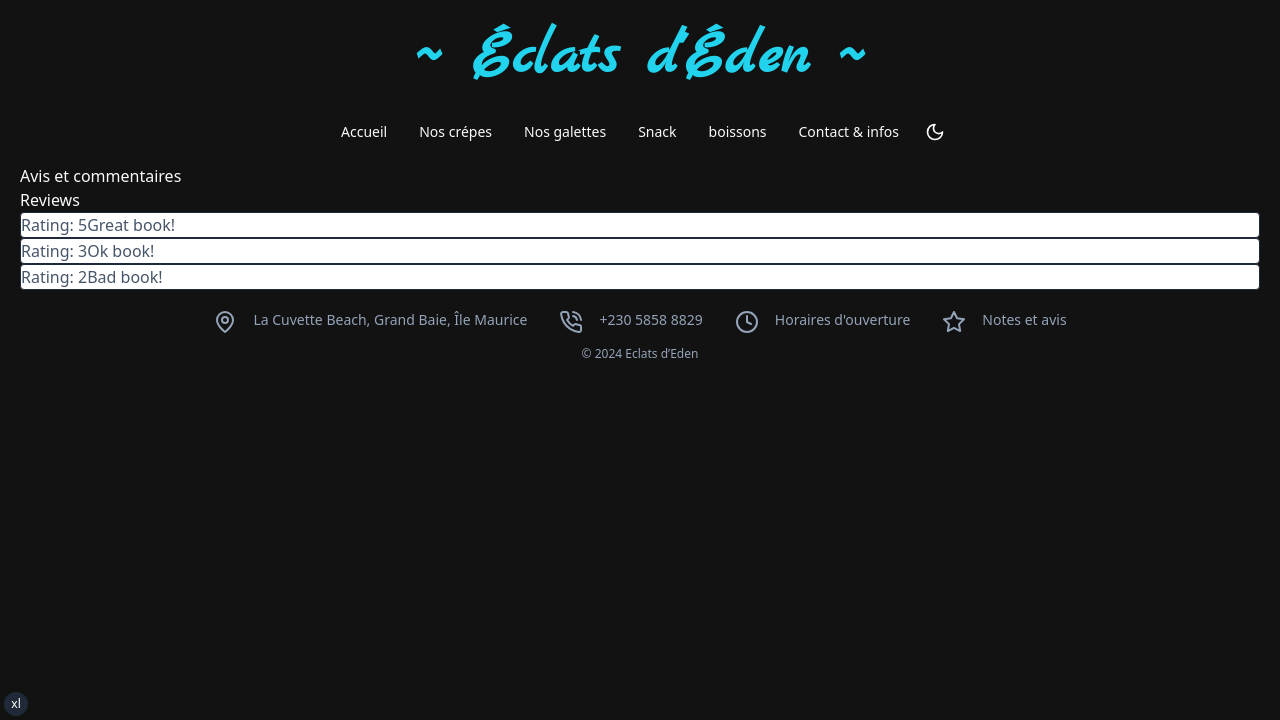
Repository: jeffMauritius/eclats-deden
Page: /reviews
These files come from the project's save history. The page is drawn as it stood at one moment and after the next save; the edit follows.
The browser window is 1280 px wide. The pictures show the whole page.
The project was rebuilt for these pictures with package versions that can differ from the ones it lists, and the page was loaded fresh each time. The framework's server and built-in components were replaced by stand-ins that run in the browser. Also part of the build but not shown: next.config.mjs.

Above is the page before, as saved 2024-08-13 12:33:46.

### app/layout.tsx
// app/layout.
import { Header } from "@/components/layout/Header"
import { TailwindIndicator } from "@/components/TailwindIndicator"
import { SiteConfig } from "@/lib/config"
import { cn } from "@/lib/utils"
import type { Metadata } from "next"
import { Inter, Marck_Script } from "next/font/google"
import { PropsWithChildren } from "react"
import { Providers } from "./Providers"
import "./globals.css"
import { Title } from "@/components/layout/Title"
import { Footer } from "@/components/layout/Footer"

const fontSans = Inter({ subsets: ["latin"], variable: "--font-sans" })
const fontDisplay = Marck_Script({
  subsets: ["latin"],
  variable: "--font-display",
  weight: "400",
})

export const metadata: Metadata = {
  title: SiteConfig.title,
  description: SiteConfig.description,
}

export default function RootLayout({ children }: PropsWithChildren) {
  return (
    <html lang="en" className="h-full" suppressHydrationWarning>
      <head />
      <body
        className={cn(
          `flex flex-col h-screen bg-background font-sans antialiased p-5`,
          fontSans.variable,
          fontDisplay.variable,
        )}
      >
        <Providers>
          <div className="relative flex flex-col">
            <Title title="Éclats d'Éden" />
            <div>
              <Header />
            </div>
            {children}
            <div className="mt-5 md:col-span-3">
              <Footer />
            </div>
          </div>
          <TailwindIndicator />
        </Providers>
      </body>
    </html>
  )
}

### app/reviews/page.tsx
import ReviewsList from "@/components/ReviewsList"

const ReviewsPage = () => {
  return (
    <div>
      <h1>Avis et commentaires</h1>
      <ReviewsList />
    </div>
  )
}

export default ReviewsPage

### src/components/layout/Header.tsx
"use client"

import { ThemeToggle } from "../ThemeToggle"
import NavigationMenuComponent from "./NavigationMenu"

export function Header() {
  return (
    <header className=" z-30 w-full">
      <div className=" container flex  flex-col  items-center space-x-4 pt-3 sm:justify-between sm:space-x-0">
        <div className="flex flex-auto justify-center py-3">
          <NavigationMenuComponent />
          <ThemeToggle />
        </div>
      </div>
    </header>
  )
}

### src/lib/config.ts
export const SiteConfig = {
  title: "Camille snack",
  description: "La Cuvette Beach, Grand Baie, Île Maurice",
} as const

### app/Providers.tsx
"use client"

import { SessionProvider } from "next-auth/react"
import { ThemeProvider } from "next-themes"
import { PropsWithChildren } from "react"
import { Toaster } from "react-hot-toast"

export const Providers = ({ children }: PropsWithChildren) => {
  return (
    <>
      <ThemeProvider attribute="class" defaultTheme="dark" enableSystem>
        <Toaster />
        <SessionProvider>{children}</SessionProvider>
      </ThemeProvider>
    </>
  )
}

### app/globals.css
@tailwind base;
  @tailwind components;
  @tailwind utilities;

  @layer base {
    :root {
      --background: 0 0% 100%;
      --foreground: 222.2 84% 4.9%;

      --card: 0 0% 100%;
      --card-foreground: 222.2 84% 4.9%;

      --popover: 0 0% 100%;
      --popover-foreground: 222.2 84% 4.9%;

      --primary: 222.2 47.4% 11.2%;
      --primary-foreground: 210 40% 98%;

      --secondary: 210 40% 96.1%;
      --secondary-foreground: 222.2 47.4% 11.2%;

      --muted: 210 40% 96.1%;
      --muted-foreground: 215.4 16.3% 46.9%;

      --accent: 210 40% 96.1%;
      --accent-foreground: 222.2 47.4% 11.2%;

      --destructive: 0 84.2% 60.2%;
      --destructive-foreground: 210 40% 98%;

      --border: 214.3 31.8% 91.4%;
      --input: 214.3 31.8% 91.4%;
      --ring: 222.2 84% 4.9%;

      --radius: 0.5rem;
    }

    .dark {
      --background: rgb(10, 11, 10);
      --foreground: 210 40% 98%;

      --card: rgb(10, 11, 10);
      --card-foreground: 210 40% 98%;

      --popover: 222.2 84% 4.9%;
      --popover-foreground: 210 40% 98%;

      --primary: 210 40% 98%;
      --primary-foreground: 222.2 47.4% 11.2%;

      --secondary: 217.2 32.6% 17.5%;
      --secondary-foreground: 210 40% 98%;

      --muted: 217.2 32.6% 17.5%;
      --muted-foreground: 215 20.2% 65.1%;

      --accent: 217.2 32.6% 17.5%;
      --accent-foreground: 210 40% 98%;

      --destructive: 0 62.8% 30.6%;
      --destructive-foreground: 210 40% 98%;

      --border: 217.2 32.6% 17.5%;
      --input: 217.2 32.6% 17.5%;
      --ring: 212.7 26.8% 83.9%;
    }
  }

  @layer base {
    * {
      @apply border-border;
    }
    @font-face {
      font-family: 'Marck Script';
      font-style: normal;
      font-weight: 400;
      font-display: swap;
      src: url(/fonts/MarckScript-Regular.ttf) format('ttf');
    }
    body {
      @apply bg-background text-foreground;
    }
  }

### src/components/layout/Title.tsx
interface TitleProps {
  title: string
}

export function Title({ title }: TitleProps) {
  return (
    <div className="flex flex-auto justify-center ">
      <h1
        className={`pt-2 font-display text-4xl font-bold text-cyan-400 md:text-6xl`}
      >
        {" "}
        {`~ ${title} ~`}
      </h1>
    </div>
  )
}

### src/components/layout/Footer.tsx
import Link from "next/link"
import { Typography } from "../ui/typography"
import { MapPin } from "lucide-react"
import { PhoneCall } from "lucide-react"
import { Clock } from "lucide-react"
import { Star } from "lucide-react"

export const Footer = () => {
  return (
    <footer className="w-6/8 z-40 border-card bg-background">
      <div className="m-auto w-full max-w-4xl px-2 ">
        <div className="flex w-full items-center justify-center">
          <div className="flex gap-8 text-sm text-muted-foreground">
            <Link className="flex hover:underline md:gap-4" href="/location">
              <MapPin />
              <p className="hidden md:block">
                La Cuvette Beach, Grand Baie, Île Maurice
              </p>
            </Link>
            <Link className="flex hover:underline md:gap-4" href="/legal/cgv">
              <PhoneCall />
              <p className="hidden md:block">+230 5858 8829</p>
            </Link>
            <Link className="flex hover:underline md:gap-4" href="/schedule">
              <Clock />
              <p className="hidden md:block">{`Horaires d'ouverture`}</p>
            </Link>
            <Link className="flex hover:underline md:gap-4" href="/reviews">
              <Star />
              <p className="hidden md:block">Notes et avis</p>
            </Link>
          </div>
        </div>
        <div className="flex w-full items-center justify-center py-3">
          <Typography variant="base" className="text-xs text-muted-foreground">
            &copy; {new Date().getFullYear()} Eclats d&rsquo;Eden
          </Typography>
        </div>
      </div>
    </footer>
  )
}

### src/components/ReviewsList.tsx
import ReviewItem from "./ReviewItem"
const reviews = [
  { id: 1, rating: 5, content: "Great book!" },
  { id: 2, rating: 3, content: "Ok book!" },
  { id: 3, rating: 2, content: "Bad book!" },
]

const ReviewsList = () => {
  return (
    <div>
      <h1>Reviews</h1>
      {reviews.map(review => (
        <ReviewItem key={review.id} review={review} />
      ))}
    </div>
  )
}
export default ReviewsList

### src/components/ThemeToggle.tsx
"use client"

import { Button } from "@/components/ui/button"
import { Moon, Sun } from "lucide-react"
import { useTheme } from "next-themes"

export function ThemeToggle() {
  const { setTheme, theme } = useTheme()

  return (
    <Button
      variant="ghost"
      size="icon"
      onClick={() => setTheme(theme === "light" ? "dark" : "light")}
    >
      <Sun className="h-6 w-[1.3rem] dark:hidden" />
      <Moon className="hidden size-5 dark:block" />
      <span className="sr-only">Toggle theme</span>
    </Button>
  )
}

### src/components/layout/NavigationMenu.tsx
"use client"

import {
  NavigationMenu,
  NavigationMenuLink,
  navigationMenuTriggerStyle,
} from "@/components/ui/navigation-menu"
import { navigationData } from "./navigationData"
import { useClientMediaQuery } from "@/lib/isMobileDevice"

const NavigationMenuComponent = () => {
  const isMobile = useClientMediaQuery("(max-width: 600px)")
  return (
    <NavigationMenu>
      {!isMobile &&
        navigationData.map((item, index) => (
          <NavigationMenuLink
            className={navigationMenuTriggerStyle()}
            key={index}
            href={item.link}
          >
            {item.title}
          </NavigationMenuLink>
        ))}
    </NavigationMenu>
  )
}

export default NavigationMenuComponent

### src/components/ui/typography.tsx
// src/components/ui/Typography.
import { VariantProps, cva } from "class-variance-authority"
import type {
  ComponentPropsWithoutRef,
  ElementType,
  PropsWithChildren,
} from "react"
import { cn } from "../../lib/utils"

type PolymorphicAsProp<E extends ElementType> = {
  as?:
    | E
    | React.ComponentType<Omit<ComponentPropsWithoutRef<E>, "as">>
    | React.FunctionComponent<Omit<ComponentPropsWithoutRef<E>, "as">>
}

type PolymorphicProps<E extends ElementType> = PropsWithChildren<
  Omit<ComponentPropsWithoutRef<E>, "as"> & PolymorphicAsProp<E>
>

const typographyVariants = cva("", {
  variants: {
    variant: {
      h1: "font-caption scroll-m-20 text-4xl font-extrabold tracking-tight lg:text-5xl",
      h2: "font-caption scroll-m-20 border-b pb-2 text-3xl font-semibold tracking-tight transition-colors first:mt-0",
      h3: "font-caption scroll-m-20 text-xl font-semibold tracking-tight",
      p: "leading-7 [&:not(:first-child)]:mt-6",
      base: "",
      quote: "mt-6 border-l-2 pl-6 italic",
      code: "relative rounded bg-muted px-[0.3rem] py-[0.2rem] font-mono text-sm font-semibold",
      lead: "text-xl text-muted-foreground",
      large: "text-lg font-semibold",
      small: "text-sm font-medium leading-none",
      muted: "text-sm text-muted-foreground",
      link: "font-medium text-indigo-500 hover:underline",
    },
  },
  defaultVariants: {
    variant: "base",
  },
})
type TypographyCvaProps = VariantProps<typeof typographyVariants>

const defaultElement = "p"

const defaultElementMapping: Record<
  NonNullable<TypographyCvaProps["variant"]>,
  ElementType
> = {
  h1: "h1",
  h2: "h2",
  h3: "h3",
  p: "p",
  quote: "blockquote" as "p",
  code: "code",
  lead: "p",
  large: "p",
  small: "p",
  muted: "p",
  link: "a",
  base: "p",
} as const

const getDefaultElement = (variant: TypographyCvaProps["variant"]) => {}

export function Typography<E extends ElementType = typeof defaultElement>({
  as,
  children,
  className,
  variant,
  ...restProps
}: PolymorphicProps<E> & TypographyCvaProps) {
  const Component: ElementType =
    as ?? defaultElementMapping[variant ?? "base"] ?? defaultElement

  return (
    <Component
      {...(restProps as ComponentPropsWithoutRef<E>)}
      className={cn(typographyVariants({ variant }), className)}
    >
      {children}
    </Component>
  )
}

### src/components/ReviewItem.tsx
type Review = {
  rating: number
  content: string
}
const ReviewItem = ({ review }: { review: Review }) => {
  return (
    <div className="flex rounded border bg-white text-slate-600">
      <h3>Rating: {review.rating}</h3>
      <p>{review.content}</p>
    </div>
  )
}

export default ReviewItem

### src/components/ui/button.tsx
import * as React from "react"
import { Slot } from "@radix-ui/react-slot"
import { cva, type VariantProps } from "class-variance-authority"

import { cn } from "@/lib/utils"

const buttonVariants = cva(
  "inline-flex items-center justify-center whitespace-nowrap rounded-md text-sm font-medium ring-offset-background transition-colors focus-visible:outline-none focus-visible:ring-2 focus-visible:ring-ring focus-visible:ring-offset-2 disabled:pointer-events-none disabled:opacity-50",
  {
    variants: {
      variant: {
        default: "bg-primary text-primary-foreground hover:bg-primary/90",
        destructive:
          "bg-destructive text-destructive-foreground hover:bg-destructive/90",
        outline:
          "border border-input bg-background hover:bg-accent hover:text-accent-foreground",
        secondary:
          "bg-secondary text-secondary-foreground hover:bg-secondary/80",
        ghost: "hover:bg-accent hover:text-accent-foreground",
        link: "text-primary underline-offset-4 hover:underline",
      },
      size: {
        default: "h-10 px-4 py-2",
        sm: "h-9 rounded-md px-3",
        lg: "h-11 rounded-md px-8",
        icon: "size-10",
      },
    },
    defaultVariants: {
      variant: "default",
      size: "default",
    },
  },
)

export interface ButtonProps
  extends React.ButtonHTMLAttributes<HTMLButtonElement>,
    VariantProps<typeof buttonVariants> {
  asChild?: boolean
}

const Button = React.forwardRef<HTMLButtonElement, ButtonProps>(
  ({ className, variant, size, asChild = false, ...props }, ref) => {
    const Comp = asChild ? Slot : "button"
    return (
      <Comp
        className={cn(buttonVariants({ variant, size, className }))}
        ref={ref}
        {...props}
      />
    )
  },
)
Button.displayName = "Button"

export { Button, buttonVariants }

### src/components/ui/navigation-menu.tsx
import * as React from "react"
import * as NavigationMenuPrimitive from "@radix-ui/react-navigation-menu"
import { cva } from "class-variance-authority"
import { ChevronDown } from "lucide-react"

import { cn } from "@/lib/utils"

const NavigationMenu = React.forwardRef<
  React.ElementRef<typeof NavigationMenuPrimitive.Root>,
  React.ComponentPropsWithoutRef<typeof NavigationMenuPrimitive.Root>
>(({ className, children, ...props }, ref) => (
  <NavigationMenuPrimitive.Root
    ref={ref}
    className={cn(
      "relative z-10 flex max-w-max flex-1 items-center justify-center",
      className,
    )}
    {...props}
  >
    {children}
    <NavigationMenuViewport />
  </NavigationMenuPrimitive.Root>
))
NavigationMenu.displayName = NavigationMenuPrimitive.Root.displayName

const NavigationMenuList = React.forwardRef<
  React.ElementRef<typeof NavigationMenuPrimitive.List>,
  React.ComponentPropsWithoutRef<typeof NavigationMenuPrimitive.List>
>(({ className, ...props }, ref) => (
  <NavigationMenuPrimitive.List
    ref={ref}
    className={cn(
      "group flex flex-1 list-none items-center justify-center space-x-1",
      className,
    )}
    {...props}
  />
))
NavigationMenuList.displayName = NavigationMenuPrimitive.List.displayName

const NavigationMenuItem = NavigationMenuPrimitive.Item

const navigationMenuTriggerStyle = cva(
  "group inline-flex h-10 w-max items-center justify-center rounded-md bg-background px-4 py-2 text-sm font-medium transition-colors hover:bg-accent hover:text-accent-foreground focus:bg-accent focus:text-accent-foreground focus:outline-none disabled:pointer-events-none disabled:opacity-50 data-[active]:bg-accent/50 data-[state=open]:bg-accent/50",
)

const NavigationMenuTrigger = React.forwardRef<
  React.ElementRef<typeof NavigationMenuPrimitive.Trigger>,
  React.ComponentPropsWithoutRef<typeof NavigationMenuPrimitive.Trigger>
>(({ className, children, ...props }, ref) => (
  <NavigationMenuPrimitive.Trigger
    ref={ref}
    className={cn(navigationMenuTriggerStyle(), "group", className)}
    {...props}
  >
    {children}{" "}
    <ChevronDown
      className="relative top-px ml-1 size-3 transition duration-200 group-data-[state=open]:rotate-180"
      aria-hidden="true"
    />
  </NavigationMenuPrimitive.Trigger>
))
NavigationMenuTrigger.displayName = NavigationMenuPrimitive.Trigger.displayName

const NavigationMenuContent = React.forwardRef<
  React.ElementRef<typeof NavigationMenuPrimitive.Content>,
  React.ComponentPropsWithoutRef<typeof NavigationMenuPrimitive.Content>
>(({ className, ...props }, ref) => (
  <NavigationMenuPrimitive.Content
    ref={ref}
    className={cn(
      "left-0 top-0 w-full data-[motion^=from-]:animate-in data-[motion^=to-]:animate-out data-[motion^=from-]:fade-in data-[motion^=to-]:fade-out data-[motion=from-end]:slide-in-from-right-52 data-[motion=from-start]:slide-in-from-left-52 data-[motion=to-end]:slide-out-to-right-52 data-[motion=to-start]:slide-out-to-left-52 md:absolute md:w-auto ",
      className,
    )}
    {...props}
  />
))
NavigationMenuContent.displayName = NavigationMenuPrimitive.Content.displayName

const NavigationMenuLink = NavigationMenuPrimitive.Link

const NavigationMenuViewport = React.forwardRef<
  React.ElementRef<typeof NavigationMenuPrimitive.Viewport>,
  React.ComponentPropsWithoutRef<typeof NavigationMenuPrimitive.Viewport>
>(({ className, ...props }, ref) => (
  <div className={cn("absolute left-0 top-full flex justify-center")}>
    <NavigationMenuPrimitive.Viewport
      className={cn(
        "origin-top-center relative mt-1.5 h-[var(--radix-navigation-menu-viewport-height)] w-full overflow-hidden rounded-md border bg-popover text-popover-foreground shadow-lg data-[state=open]:animate-in data-[state=closed]:animate-out data-[state=closed]:zoom-out-95 data-[state=open]:zoom-in-90 md:w-[var(--radix-navigation-menu-viewport-width)]",
        className,
      )}
      ref={ref}
      {...props}
    />
  </div>
))
NavigationMenuViewport.displayName =
  NavigationMenuPrimitive.Viewport.displayName

const NavigationMenuIndicator = React.forwardRef<
  React.ElementRef<typeof NavigationMenuPrimitive.Indicator>,
  React.ComponentPropsWithoutRef<typeof NavigationMenuPrimitive.Indicator>
>(({ className, ...props }, ref) => (
  <NavigationMenuPrimitive.Indicator
    ref={ref}
    className={cn(
      "top-full z-[1] flex h-1.5 items-end justify-center overflow-hidden data-[state=visible]:animate-in data-[state=hidden]:animate-out data-[state=hidden]:fade-out data-[state=visible]:fade-in",
      className,
    )}
    {...props}
  >
    <div className="relative top-[60%] size-2 rotate-45 rounded-tl-sm bg-border shadow-md" />
  </NavigationMenuPrimitive.Indicator>
))
NavigationMenuIndicator.displayName =
  NavigationMenuPrimitive.Indicator.displayName

export {
  navigationMenuTriggerStyle,
  NavigationMenu,
  NavigationMenuList,
  NavigationMenuItem,
  NavigationMenuContent,
  NavigationMenuTrigger,
  NavigationMenuLink,
  NavigationMenuIndicator,
  NavigationMenuViewport,
}

### src/components/layout/navigationData.ts
export const navigationData = [
    {
        title: "Accueil",
        link: "/",
    },
    {
        title: "Nos crépes",
        link: "/crepes",
    },
    {
        title: "Nos galettes",
        link: "/galettes",
    },
    {
        title: "Snack",
        link: "/snack",
    },
    {
        title: "boissons",
        link: "/boissons",
    },
    {
        title: "Contact & infos",
        link: "/location",
    },

]

export const navigationDataMobile = [
    {
        title: "Accueil",
        link: "/",
    },
    {
        title: "Horaires d'ouverture",
        link: "/schedule",
    },
    {
        title: "Contact & infos",
        link: "/location",
    },

]

### src/lib/isMobileDevice.ts
'use client'

import { useEffect, useState } from 'react'

export function useClientMediaQuery(query: string) {
  const [matches, setMatches] = useState(false)

  useEffect(() => {
    const mediaQueryList = window.matchMedia(query)

    const handleMatchChange = (e: MediaQueryListEvent) => {
      setMatches(e.matches)
    }

    mediaQueryList.addEventListener('change', handleMatchChange)
    setMatches(mediaQueryList.matches)

    return () => {
      mediaQueryList.removeEventListener('change', handleMatchChange)
    }
  }, [query])

  return matches
}

### tailwind.config.ts
import type { Config } from "tailwindcss"

const config = {
  darkMode: ["class"],
  content: [
    "./pages/**/*.{ts,tsx}",
    "./components/**/*.{ts,tsx}",
    "./app/**/*.{ts,tsx}",
    "./src/**/*.{ts,tsx}",
  ],
  prefix: "",
  theme: {
    container: {
      center: true,
      padding: "2rem",
      screens: {
        "2xl": "1400px",
      },
    },
    fontFamily: {
      'display': ['"Marck Script"', 'cursive'],
      'body': ['"Open Sans"', 'sans-serif'],
    },
    extend: {
      colors: {
        border: "hsl(var(--border))",
        input: "hsl(var(--input))",
        ring: "hsl(var(--ring))",
        background: "hsl(var(--background))",
        foreground: "hsl(var(--foreground))",
        primary: {
          DEFAULT: "hsl(var(--primary))",
          foreground: "hsl(var(--primary-foreground))",
        },
        secondary: {
          DEFAULT: "hsl(var(--secondary))",
          foreground: "hsl(var(--secondary-foreground))",
        },
        destructive: {
          DEFAULT: "hsl(var(--destructive))",
          foreground: "hsl(var(--destructive-foreground))",
        },
        muted: {
          DEFAULT: "hsl(var(--muted))",
          foreground: "hsl(var(--muted-foreground))",
        },
        accent: {
          DEFAULT: "hsl(var(--accent))",
          foreground: "hsl(var(--accent-foreground))",
        },
        popover: {
          DEFAULT: "hsl(var(--popover))",
          foreground: "hsl(var(--popover-foreground))",
        },
        card: {
          DEFAULT: "hsl(var(--card))",
          foreground: "hsl(var(--card-foreground))",
        },
      },
      borderRadius: {
        lg: "var(--radius)",
        md: "calc(var(--radius) - 2px)",
        sm: "calc(var(--radius) - 4px)",
      },
      keyframes: {
        "accordion-down": {
          from: { height: "0" },
          to: { height: "var(--radix-accordion-content-height)" },
        },
        "accordion-up": {
          from: { height: "var(--radix-accordion-content-height)" },
          to: { height: "0" },
        },
      },
      animation: {
        "accordion-down": "accordion-down 0.2s ease-out",
        "accordion-up": "accordion-up 0.2s ease-out",
      },
    },
  },
  plugins: [require("tailwindcss-animate")],
} satisfies Config

export default config

Loaded but not shown: src/components/TailwindIndicator.tsx (common file); src/lib/utils.ts (common file)

After the next save:
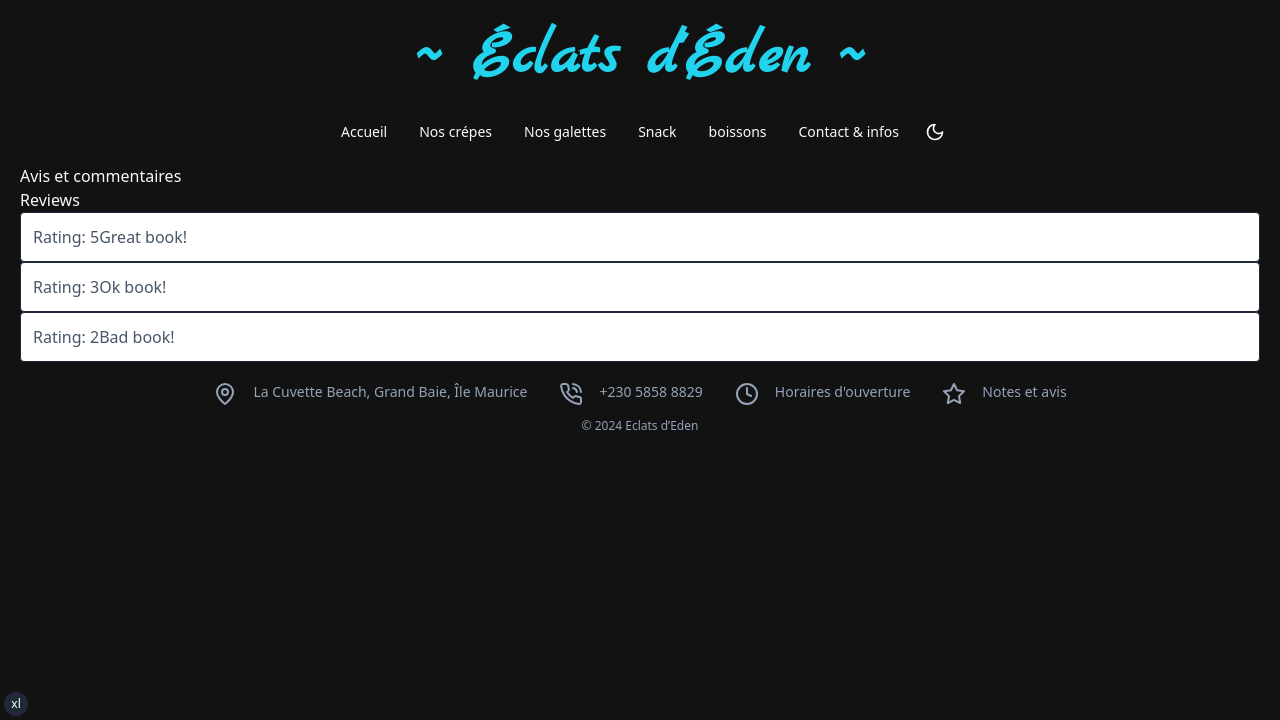
Saved 21 s later.
--- a/src/components/ReviewItem.tsx
+++ b/src/components/ReviewItem.tsx
@@ -4,7 +4,7 @@ type Review = {
 }
 const ReviewItem = ({ review }: { review: Review }) => {
   return (
-    <div className="flex rounded border bg-white text-slate-600">
+    <div className="flex rounded border bg-white p-3 text-slate-600">
       <h3>Rating: {review.rating}</h3>
       <p>{review.content}</p>
     </div>
